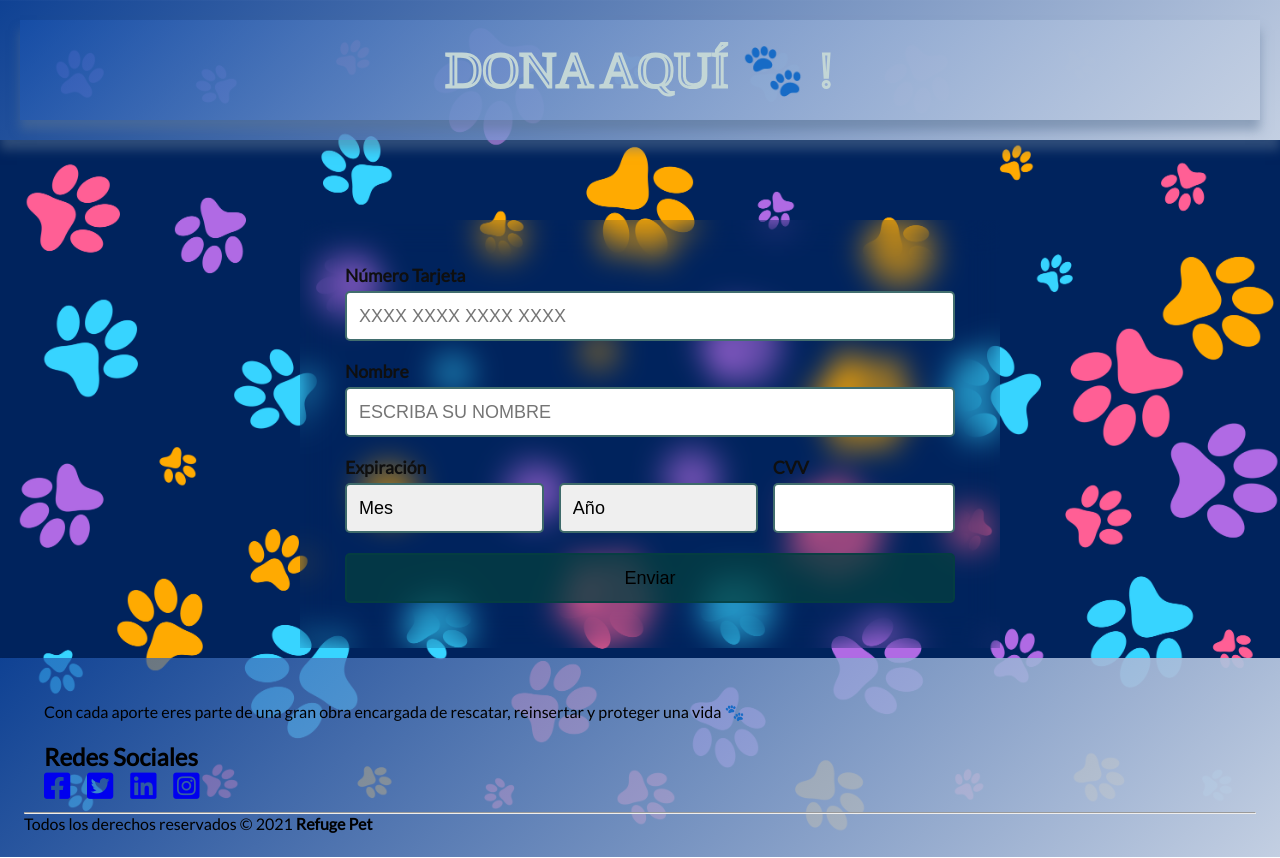
Repository: andreasvidal/SCL019-card-validation
Page: src/views/cardvalidation.html
The author's editor kept a copy of each file at every save. The page is drawn from the files as they stood at one save, then again after the next save.
The browser window is 1280 px wide. The pictures show the whole page.
Some web fonts or font styles are not loaded; a fallback is used. Some web libraries are served in a nearby version.

Above is the page before, as saved 2022-04-13 10:07:01.

### src/views/cardvalidation.html
<!DOCTYPE html>
<html lang="en">

<head>
    <meta charset="UTF-8" />
    <meta http-equiv="X-UA-Compatible" content="IE=edge" />
    <meta name="viewport" content="width=device-width, initial-scale=1.0" />
    <link rel="preconnect" href="https://fonts.googleapis.com" />
    <link rel="preconnect" href="https://fonts.gstatic.com" crossorigin />
    <link href="https://fonts.googleapis.com/css2?family=Lato:ital,wght@0,400;1,700&display=swap" rel="stylesheet" />
    <link rel="preconnect" href="https://fonts.googleapis.com" />
    <link rel="preconnect" href="https://fonts.gstatic.com" crossorigin />
    <link href="https://fonts.googleapis.com/css2?family=Hurricane&family=Lato:ital,wght@1,700&display=swap" rel="stylesheet" />
    <link rel="stylesheet" href="https://use.fontawesome.com/releases/v5.8.1/css/all.css" integrity="sha384-50oBUHEmvpQ+1lW4y57PTFmhCaXp0ML5d60M1M7uH2+nqUivzIebhndOJK28anvf" crossorigin="anonymous" />
    <link rel="stylesheet" href="../css/formstyle.css" />
    <link rel="stylesheet" href="../css/style.css" />
    <title>Formulario</title>
</head>

<!--contenido principal formulario-->

<body>
    <div class="subtitle">
        <p class="subtitle">DONA AQUÍ 🐾 !</p>
    </div>
    <form id="formValidation" class="form-validation">
        <div class="bg-blur">
            <div class="data-card" id="dataForm">
                <label for="inputNumber">Número Tarjeta</label>
                <input type="text" id="inputNumber" name="number" maxlength="16" autocomplete="off" pattern="[0-9]+" placeholder="XXXX XXXX XXXX XXXX" required />
                <h5 id="print"></h5>
            </div>
            <div class="data-card">
                <label for="inputNameUser">Nombre </label>
                <input type="text" id="inputNameUser" name="nameUser" placeholder="Escriba su nombre" required />
                <h5 id="print"></h5>
            </div>
            <!--datos expiración tarjeta-->
            <div class="flexbox">
                <div class="data-card expider-date">
                    <label for="monthSelect">Expiración</label>
                    <div class="flexbox">
                        <div class="data-card-select">
                            <select name="monthSelect" id="monthSelect" required>
                <option disabled selected>Mes</option>
                <option value="1">1</option>
                <option value="2">2</option>
                <option value="3">3</option>
                <option value="4">4</option>
                <option value="5">5</option>
                <option value="6">6</option>
                <option value="7">7</option>
                <option value="8">8</option>
                <option value="9">9</option>
                <option value="10">10</option>
                <option value="11">11</option>
                <option value="12">12</option>
              </select>
                        </div>
                        <div class="data-card-select">
                            <select name="yearSelect" id="yearSelect" required>
                <option disabled selected>Año</option>
                <option value="2">2014</option>
                <option value="5">2015</option>
                <option value="6">2016</option>
                <option value="7">2017</option>
                <option value="8">2018</option>
                <option value="9">2019</option>
                <option value="10">2020</option>
                <option value="11">2021</option>
                <option value="12">2022</option>
              </select>
                        </div>
                    </div>
                </div>
                <div class="data-card ccv">
                    <label for="inputCcv">CVV</label>
                    <input type="text" id="inputCcv" name="inputCcv" maxlength="3" required />
                </div>
            </div>
            <button type="submit" value="sendForm" class="btn-send" id="sendForm">
        Enviar
      </button>
        </div>
    </form>
    <footer>
        <div class="container__footer">
            <div class="box__footer">
                <div class="terms">
                    <p>
                        Con cada aporte eres parte de una gran obra encargada de rescatar, reinsertar y proteger una vida 🐾
                    </p>
                </div>
            </div>
            <div class="box__footer">
                <h2>Redes Sociales</h2>
                <a href="#"> <i class="fab fa-facebook-square"></i></a>
                <a href="#"><i class="fab fa-twitter-square"></i></a>
                <a href="#"><i class="fab fa-linkedin"></i></a>
                <a href="#"><i class="fab fa-instagram-square"></i></a>
            </div>
        </div>
        <div class="box__copyright">
            <hr />
            <p>Todos los derechos reservados © 2021 <b>Refuge Pet</b></p>
        </div>
    </footer>
    <!-- jQuery-->
    <script src="https://ajax.googleapis.com/ajax/libs/jquery/3.6.0/jquery.min.js"></script>
    <!--materialize -->
    <!--JS-->
    <script src="../js/index.js" type="module"></script>
</body>

</html>

### src/css/formstyle.css
* {
    padding: 0;
    margin: 0;
    box-sizing: border-box;
}

body {
    font-family: 'Lato', 'sans-serif';
    background-image: url(../assets/img/fondopatas.jpg);
    background-size: cover;
    background-repeat: no-repeat;
}


/*estilos formulario validacion*/

.form-validation {
    color: beige;
    width: 100%;
    max-width: 700px;
    margin-left: 300px;
    border-radius: 10px;
    position: relative;
    top: 80px;
    z-index: 1;
}

.bg-blur {
    backdrop-filter: blur(1rem);
    width: 100%;
    padding: 45px;
}

.form-validation label {
    display: block;
    color: rgb(15, 15, 15);
    margin-bottom: 5px;
    font-size: 1.1rem;
    font-weight: 700;
}

.form-validation input,
.form-validation select,
.btn-send {
    border: 2px solid rgba(4, 63, 63, 0.753);
    font-size: 18px;
    height: 50px;
    width: 100%;
    padding: 5px 12px;
    border-radius: 5px;
}

.form-validation input:hover,
.form-validation select:hover {
    border: 2px solid rgb(23, 24, 24);
}

.form-validation input:focus,
.form-validation select:focus {
    outline: rgb(173, 182, 182);
    box-shadow: 0 8px 8px 0 rgba(32, 38, 46, 0.3);
}

.form-validation input {
    margin-bottom: 20px;
    text-transform: uppercase;
}

.form-validation .flexbox {
    display: flex;
    justify-content: space-between;
}

.form-validation .expider-date {
    width: 100%;
}

.form-validation .ccv {
    min-width: 10px;
}

.form-validation .data-card-select {
    width: 100%;
    margin-right: 15px;
    position: relative;
}

.form-validation select {
    -webkit-appearance: none;
}


/*backgrond btn enviar*/

.btn-send {
    background: rgba(4, 63, 63, 0.753);
    ;
}

.btn-send:hover {
    background-color: rgba(94, 126, 136, 0.651);
    cursor: pointer;
}

#print {
    color: rgb(38, 41, 41);
    font-size: 16px;
}


/*footer*/

.terms {
    height: 30px;
    margin-bottom: 50px;
}

footer {
    width: 100%;
    padding: 1.5rem;
    margin-top: 7%;
    background-size: cover;
    background-image: linear-gradient(135deg, #1650adad 0%, #c3cfe2 100%);
    box-shadow: 0 10px 10px 0 rgba(90, 116, 148, 0.3);
}

.box__footer {
    padding: 20px;
    height: 10px;
}

.fab {
    padding-right: 40px;
    width: 20px;
    height: 20px;
    font-size: 30px;
}

.box__copyright {
    padding-top: 50px;
}

### src/css/style.css
     * {
         padding: 0;
         margin: 0;
         box-sizing: border-box;
     }

     body {
         font-family: 'Lato', 'sans-serif';
         background-image: url(../assets/img/fondopatas.jpg);
     }
     /*estilo titulo*/

     .title-h1 {
         font-family: 'Raleway', sans-serif;
         text-decoration: underline overline wavy rgba(183, 0, 255, 0.514);
         padding: 40px 100px;
         color: rgb(74, 80, 80);
         display: flex;
         flex-direction: column;
         align-items: center;
         box-shadow: 0 10px 10px 0 rgba(90, 116, 148, 0.3);
         background-image: linear-gradient(135deg, #f5f7fa 0%, #c3cfe2 100%);
         font-size: 8vw;
     }

     .subtitle {
         font-family: 'Shadows Into Light', cursive;
         text-align: center;
         padding: 20px 20px;
         color: rgb(74, 80, 80);
         font-size: 4vw;
         -webkit-text-fill-color: transparent;
         -webkit-text-stroke: 3px rgb(195, 214, 214);
         background-image: linear-gradient(135deg, #1650adad 0%, #c3cfe2 100%);
         box-shadow: 0 10px 10px 0 rgba(90, 116, 148, 0.5);
     }

     .img-banner {
         display: flex;
         height: 500px;
         z-index: -1;
         flex-direction: row;
         margin-left: 50px;
         align-items: center;
         margin-bottom: -50px;
         border-radius: 15px;
     }
     /*contenedor tarjeta*/

     .container {
         width: 90%;
         max-width: 1000px;
         padding: 20px 60px;
         margin: auto;
         display: flex;
         /* deja los elementos en forma de columna*/
         flex-direction: column;
         /*align-items no sirve para centrar de forma vertical (se utiliza justify), se utiliza al cambiar la dirección con flex-direction*/
         align-items: center;
     }
     /*estilo tarjeta*/

     .card {
         padding-top: 30px;
         width: 100%;
         max-width: 550px;
         position: relative;
         color: rgb(37, 36, 36);
         cursor: pointer;
     }

     .card>div {
         padding: 30px;
         border-radius: 15px;
         min-height: 315px;
         display: flex;
         flex-direction: column;
         justify-content: space-between;
         box-shadow: 0 10px 10px 0 rgba(90, 116, 148, 0.822);
     }

     .style-card {
         width: 100%;
         background: url(../assets/img/background-card/bg-img-2.jpg);
         background-size: cover;
     }
     /*para mantener el espeacio de la imagen logo (contenedor vacio)*/

     .style-card .logo-card {
         text-align: right;
         min-height: 50px;
     }

     .style-card .logo-card img {
         width: 100%;
         height: 100%;
         object-fit: cover;
         max-width: 80px;
     }

     .style-card .chip-card {
         width: 100%;
         max-width: 50px;
         margin-bottom: 20px;
     }

     .style-card .form-group .card-label {
         font-size: 16px;
         color: rgb(115, 131, 131);
         margin-bottom: 5px;
     }

     .style-card .card-group .number-card,
     .style-card .card-group .name-card,
     .style-card .card-group .expider {
         /*color: rgb(74, 80, 80);*/
         font-size: 22px;
         text-transform: uppercase;
     }

     .style-card .flexbox {
         display: flex;
         justify-content: space-between;
         margin-top: 20px;
     }
     /*btn abrir formulario*/

     .btn-open {
         color: rgb(195, 214, 214);
         box-shadow: 0 10px 10px 0 rgba(90, 116, 148, 0.3);
         background: rgba(183, 0, 255, 0.514);
         width: 50px;
         height: 50px;
         margin-top: -10px;
         border-radius: 100%;
         z-index: 2;
     }

     .btn-open:hover {
         opacity: 0.50;
         -moz-opacity: .50;
         filter: alpha (opacity=50);
     }

     .btn-open {
         text-decoration: none;
         padding-top: 15px;
         text-align: center;
     }

### src/js/index.js
/*import validator from '../js/validator.js';

//Llamando al DOM

const btnForm = document.getElementById("sendForm");
const form = document.getElementById("#formValidation");
btnForm.addEventListener('click', function(e) {
    e.preventDefault();
    let creditCardNumber = document.getElementById('inputNumber').value;
    let maskified = validator.maskify(creditCardNumber);
    if (creditCardNumber === "") {
        return document.getElementById("print").innerHTML = "Reingrese su número de tarjeta sin espacios ni carácteres especiales";
    } else {
        return document.getElementById("print").innerHTML = "Tu tarjeta N° " + maskified + " es válida";
    }
})


// inputName solo letras, inputCcv y inputNumber  solo numeros
let inputNumber = document.getElementById('inputNumber');
let inputName = document.getElementById('inputNameUser');
let inputCcv = document.getElementById('inputCcv');

const onlyNum = /[^0-9]/g;
const onlypLet = /[^a-zA-ZÑñáéíóúÁÉÍÓÚ\s]*$/g;
inputNumber.addEventListener('input', function() {
    inputNumber.value = inputNumber.value.replace(onlyNum, '');
});
inputName.addEventListener('input', function() {
    inputName.value = inputName.value.replace(onlypLet, '');
});
inputCcv.addEventListener('input', function() {
    inputCcv.value = inputCcv.value.replace(onlyNum, '');
});

// mes y años
for (let i = 1; i <= 12; i++) {
    let optionDate = document.createElement('option');
    optionDate.value = i;
    optionDate.innerText = i;
    form.monthSelect.appendChild(optionDate);
}

// * Select del año generado dinamicamente.
const yearActual = new Date().getFullYear();
for (let i = yearActual; i <= yearActual + 8; i++) {
    let optionDate = document.createElement('option');
    optionDate.value = i;
    optionDate.innerText = i;
    optionDate.selectYear.appendChild(optionDate);
}*/

After the next save:
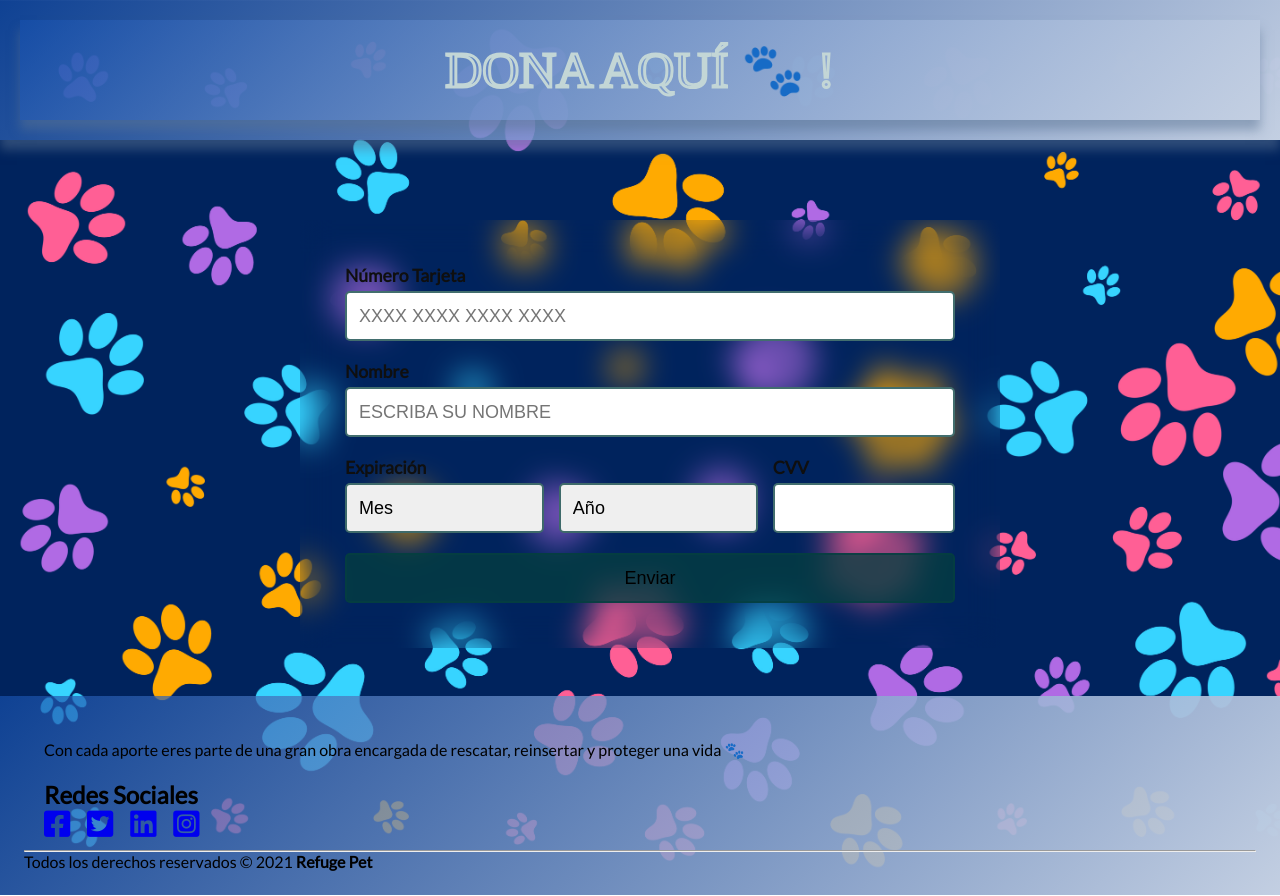
Saved 15 s later.
--- a/src/css/formstyle.css
+++ b/src/css/formstyle.css
@@ -118,7 +118,7 @@ body {
 footer {
     width: 100%;
     padding: 1.5rem;
-    margin-top: 7%;
+    margin-top: 10%;
     background-size: cover;
     background-image: linear-gradient(135deg, #1650adad 0%, #c3cfe2 100%);
     box-shadow: 0 10px 10px 0 rgba(90, 116, 148, 0.3);
